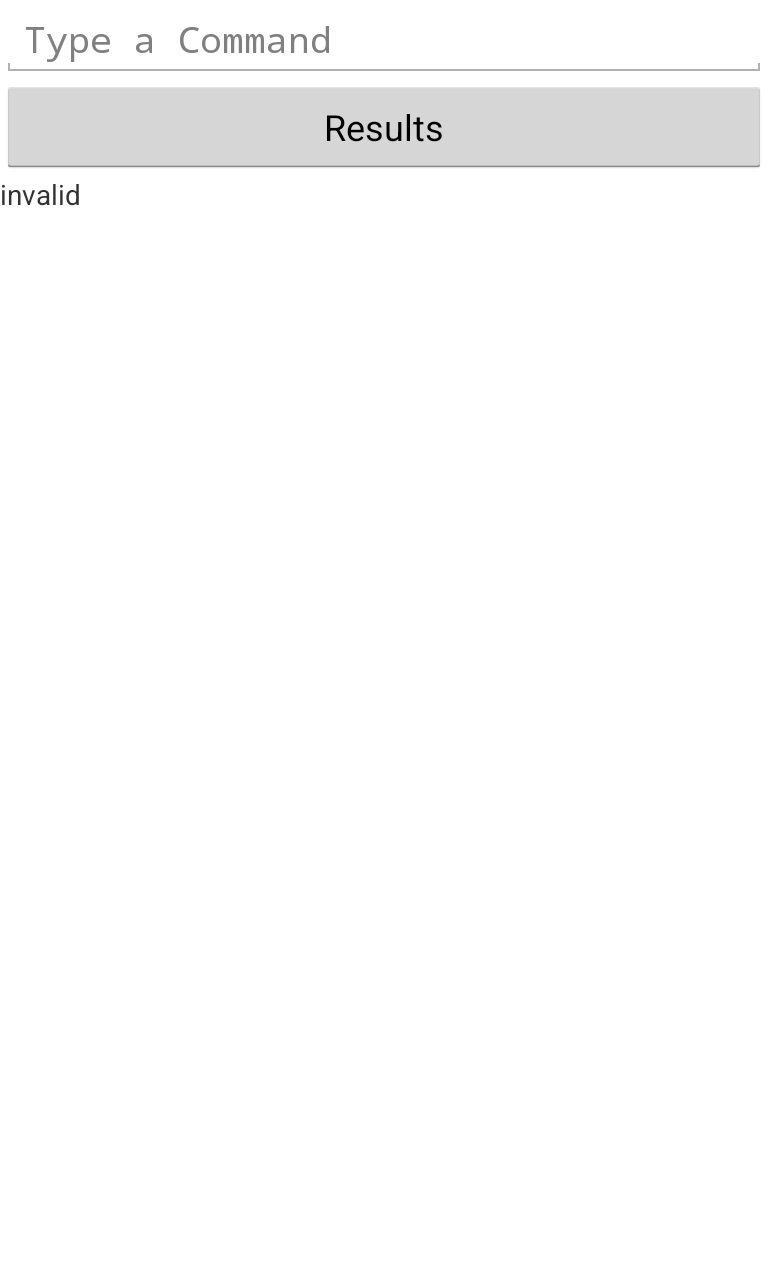
Repository: lcbasu/android
Layout: adt/TheNewBoston/res/layout/text.xml
An editor plug-in stored every save of this project. The layout is shown before and after the next save, followed by the edit.
It is drawn on a 768 x 1280 px phone screen (xhdpi) without system bars, with theme AppTheme; the app's code is not run.

Above is the layout before, as saved 2014-05-19 05:52:11.

### adt/TheNewBoston/res/layout/text.xml
<?xml version="1.0" encoding="utf-8"?>
<LinearLayout xmlns:android="http://schemas.android.com/apk/res/android"
    android:layout_width="match_parent"
    android:layout_height="match_parent"
    android:orientation="vertical" >

    <EditText
        android:id="@+id/etCommands"
        android:layout_width="fill_parent"
        android:layout_height="wrap_content"
        android:hint="Type a Command"
        android:password="true" />

    <Button
        android:id="@+id/bResults"
        android:layout_width="fill_parent"
        android:layout_height="wrap_content"
        android:text="Results" />

    <TextView
        android:id="@+id/tvResults"
        android:layout_width="fill_parent"
        android:layout_height="wrap_content"
        android:text="invalid" />

</LinearLayout>

Loaded but not shown: adt/TheNewBoston/res/values/styles.xml (common file); adt/TheNewBoston/res/values-v11/styles.xml (common file); adt/TheNewBoston/res/values-v14/styles.xml (common file)

After the next save:
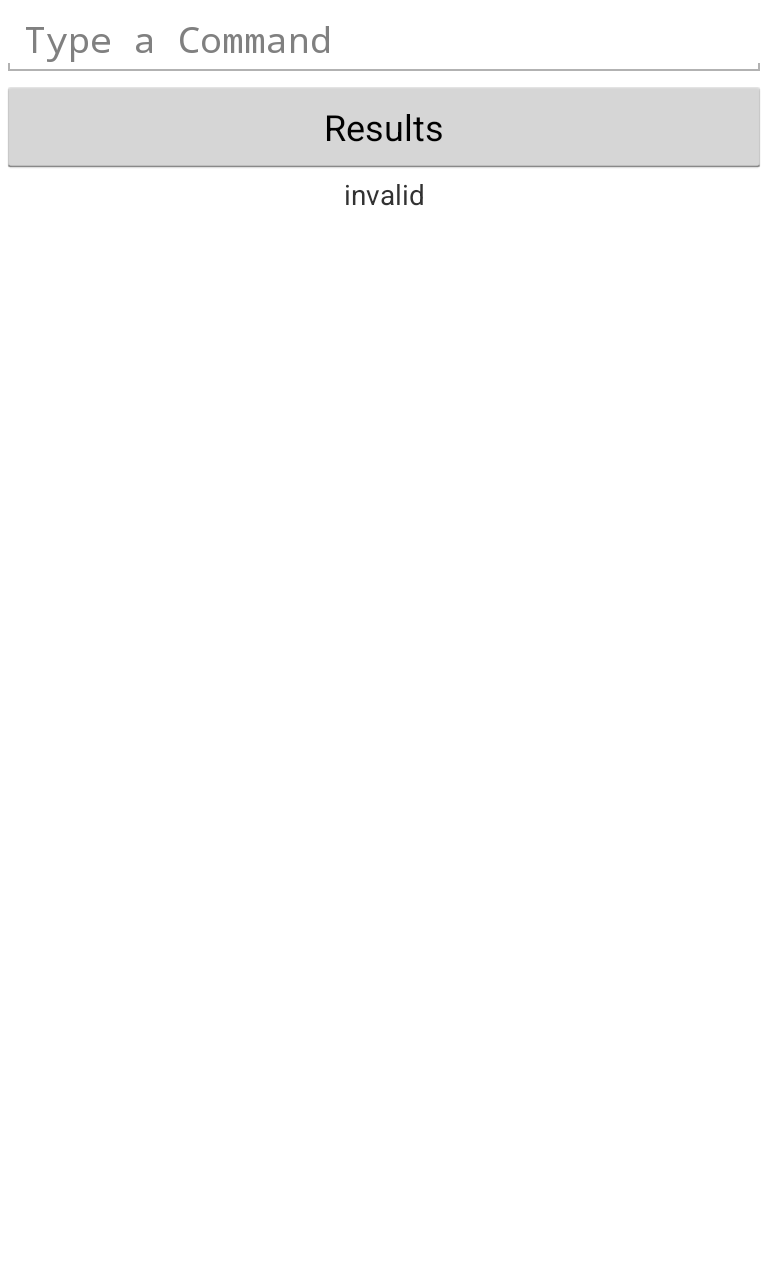
Saved 34 s later.
--- a/adt/TheNewBoston/res/layout/text.xml
+++ b/adt/TheNewBoston/res/layout/text.xml
@@ -15,12 +15,14 @@
         android:id="@+id/bResults"
         android:layout_width="fill_parent"
         android:layout_height="wrap_content"
+        android:gravity="center"
         android:text="Results" />
 
     <TextView
         android:id="@+id/tvResults"
         android:layout_width="fill_parent"
         android:layout_height="wrap_content"
+        android:gravity="center"
         android:text="invalid" />
 
 </LinearLayout>
